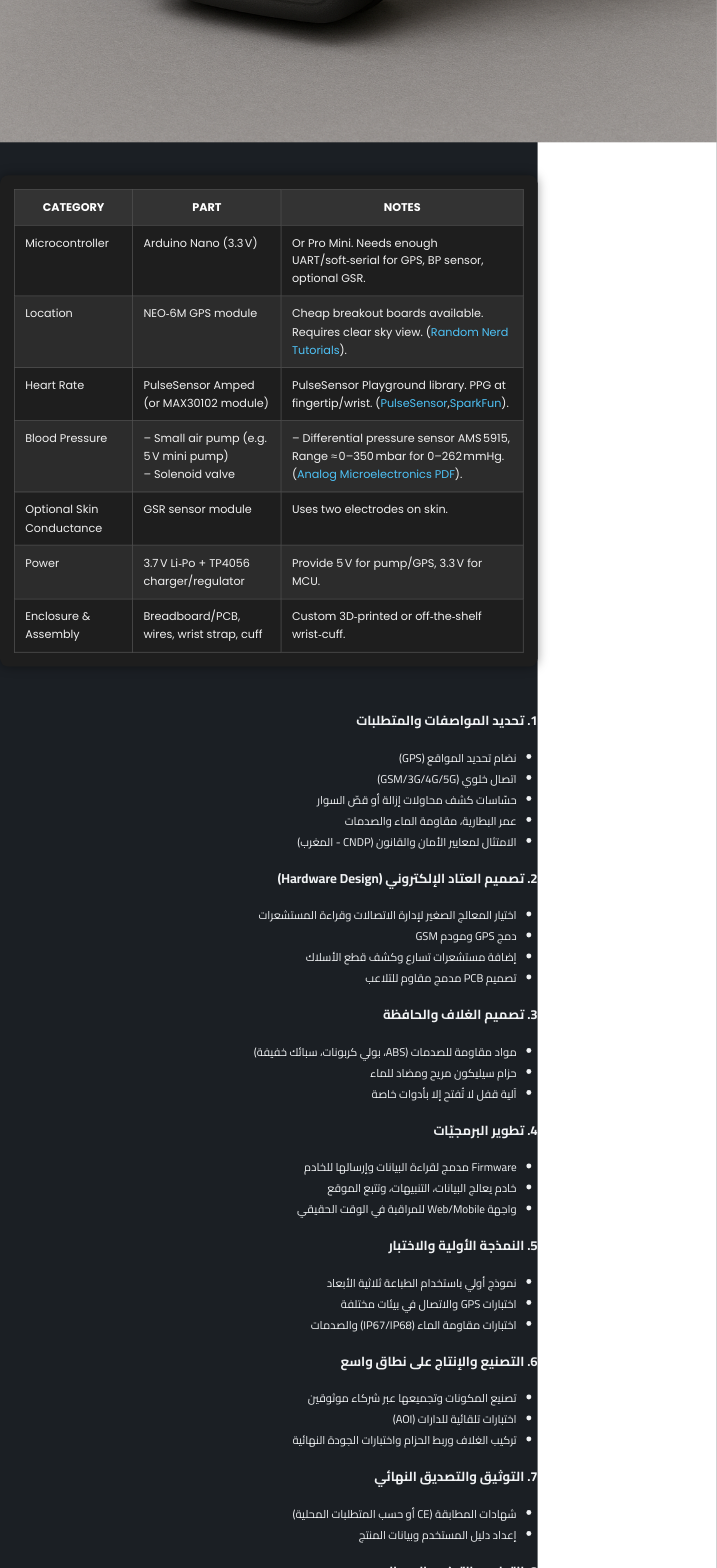
Repository: ayoubgharts/nextjs_protfolio
Page: /tutorials
An editor plug-in stored every save of this project. The page is shown before and after the next save, followed by the edit.
The browser window is 768 px wide. The page is 1024 px wide, so the pictures cover 1024 px, including what lies to the right of the window. The pictures show the part of the page from y = 996 to 3236 px (the page is 3388 px tall before and 3305 px after), at 70% of full size.
The project was rebuilt for these pictures with package versions that can differ from the ones it lists, and the page was loaded fresh each time. The framework's server and built-in components were replaced by stand-ins that run in the browser. Also part of the build but not shown: next.config.mjs.

Above is the page before, as saved 2025-06-01 01:05:23.

After the next save:
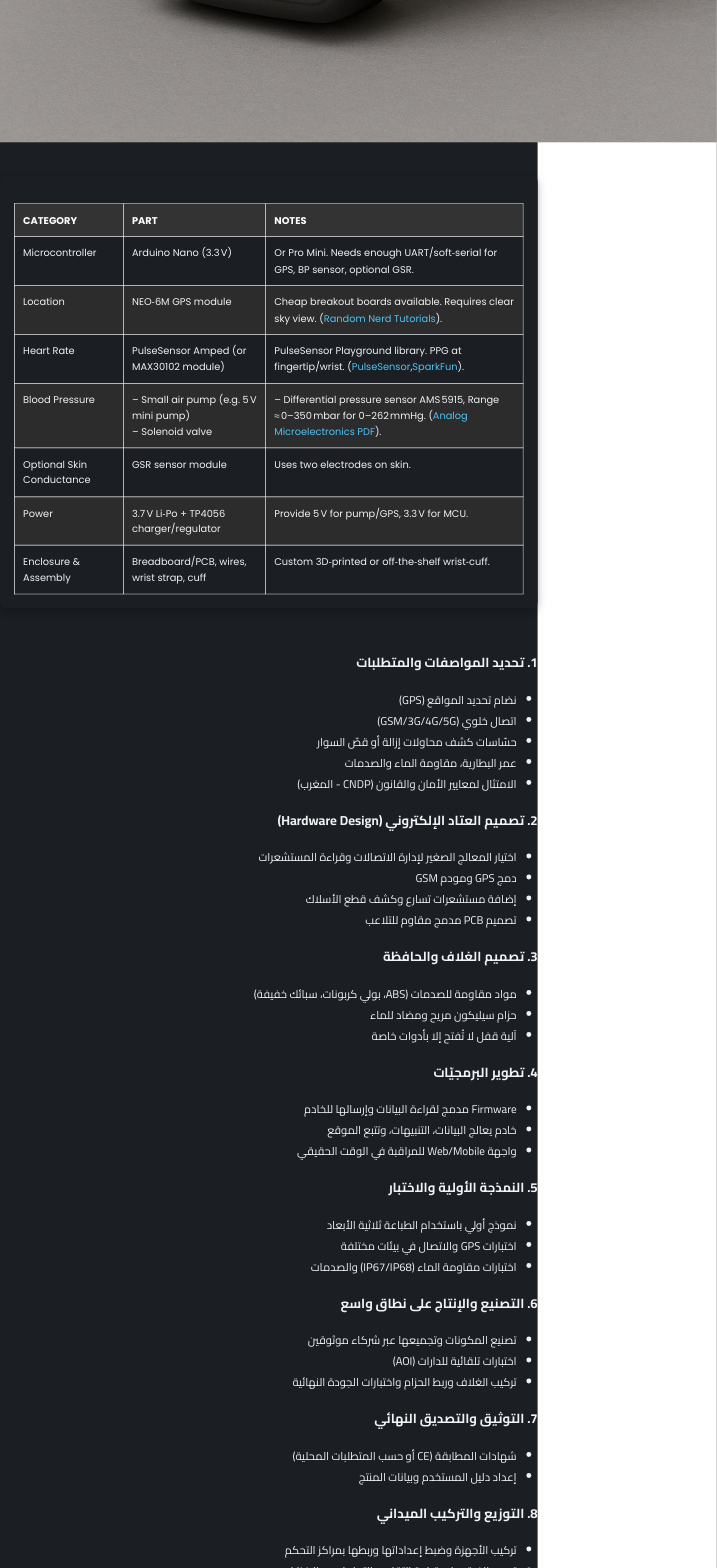
Saved 76 s later.
--- a/src/app/tutorials/tutorials.module.css
+++ b/src/app/tutorials/tutorials.module.css
@@ -91,3 +91,72 @@
 .partsTable a:hover {
   text-decoration: underline;
 }
+
+
+
+
+.imageWrapper {
+  text-align: center;
+  margin-bottom: 20px;
+}
+
+.imageWrapper img {
+  max-width: 100%;
+  height: auto;
+  border-radius: 12px;
+  box-shadow: 0 4px 10px rgba(0, 0, 0, 0.3);
+}
+
+@media (max-width: 768px) {
+  .imageWrapper {
+    margin-bottom: 16px;
+  }
+
+  .imageWrapper img {
+    max-width: 90%;
+    border-radius: 8px;
+  }
+
+  .partsTable {
+    font-size: 14px;
+    overflow-x: auto;
+    display: block;
+  }
+
+  .partsTable td,
+  .partsTable th {
+    padding: 8px;
+  }
+}
+
+.partsTable {
+  width: 100%;
+  border-collapse: collapse;
+  margin-top: 20px;
+}
+
+.partsTable th,
+.partsTable td {
+  border: 1px solid var(--light);
+  padding: 12px;
+  text-align: left;
+}
+
+.partsTable th {
+  background-color: var(--primary);
+  color: var(--light);
+}
+
+.tableWrapper {
+  padding: 20px;
+  background-color: var(--dark);
+  color: var(--light);
+  border-radius: 10px;
+  box-shadow: 0 4px 12px rgba(0, 0, 0, 0.3);
+}
+
+.tableWrapper h3 {
+  margin-bottom: 20px;
+  font-size: 24px;
+  color: var(--primary);
+}

After the save that followed:
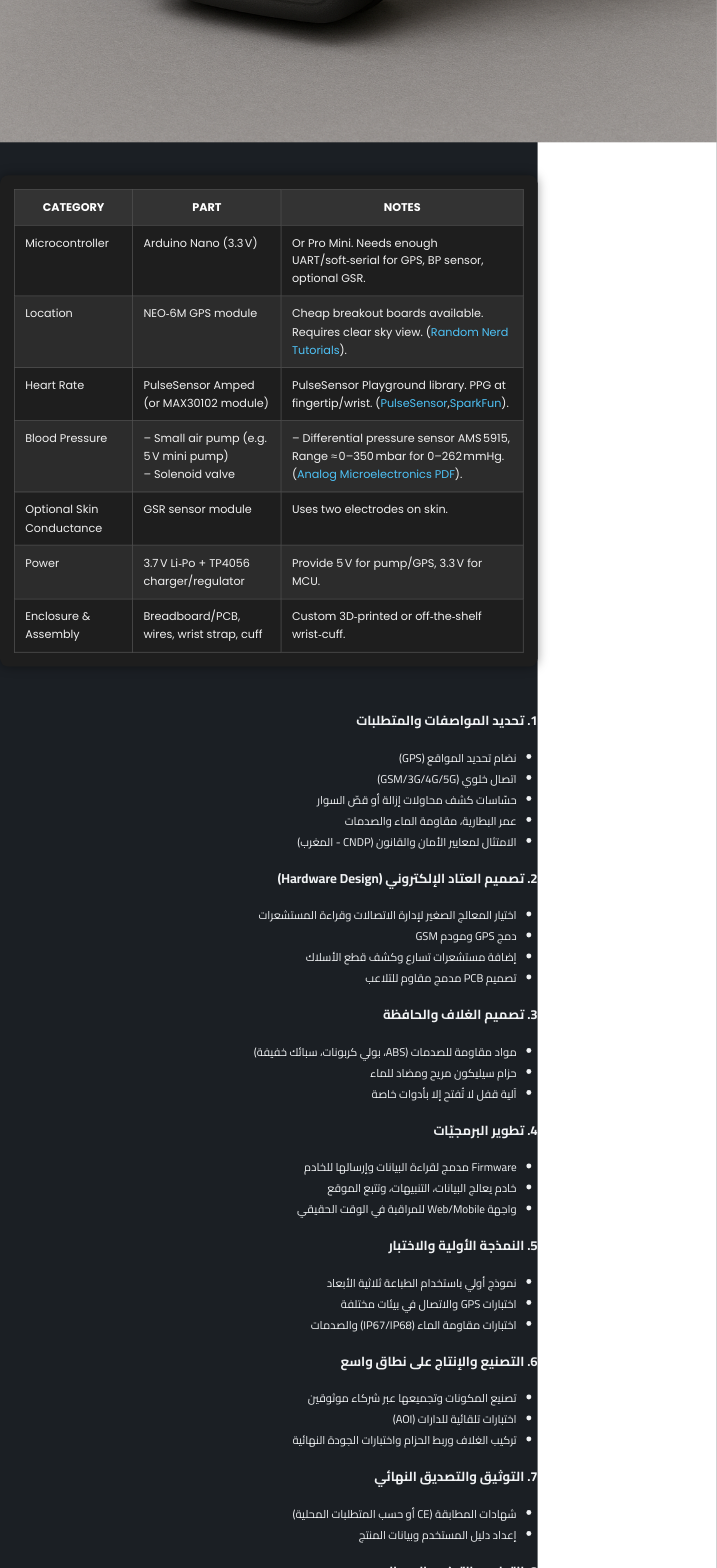
Saved 16 s later.
--- a/src/app/tutorials/tutorials.module.css
+++ b/src/app/tutorials/tutorials.module.css
@@ -91,72 +91,3 @@
 .partsTable a:hover {
   text-decoration: underline;
 }
-
-
-
-
-.imageWrapper {
-  text-align: center;
-  margin-bottom: 20px;
-}
-
-.imageWrapper img {
-  max-width: 100%;
-  height: auto;
-  border-radius: 12px;
-  box-shadow: 0 4px 10px rgba(0, 0, 0, 0.3);
-}
-
-@media (max-width: 768px) {
-  .imageWrapper {
-    margin-bottom: 16px;
-  }
-
-  .imageWrapper img {
-    max-width: 90%;
-    border-radius: 8px;
-  }
-
-  .partsTable {
-    font-size: 14px;
-    overflow-x: auto;
-    display: block;
-  }
-
-  .partsTable td,
-  .partsTable th {
-    padding: 8px;
-  }
-}
-
-.partsTable {
-  width: 100%;
-  border-collapse: collapse;
-  margin-top: 20px;
-}
-
-.partsTable th,
-.partsTable td {
-  border: 1px solid var(--light);
-  padding: 12px;
-  text-align: left;
-}
-
-.partsTable th {
-  background-color: var(--primary);
-  color: var(--light);
-}
-
-.tableWrapper {
-  padding: 20px;
-  background-color: var(--dark);
-  color: var(--light);
-  border-radius: 10px;
-  box-shadow: 0 4px 12px rgba(0, 0, 0, 0.3);
-}
-
-.tableWrapper h3 {
-  margin-bottom: 20px;
-  font-size: 24px;
-  color: var(--primary);
-}
